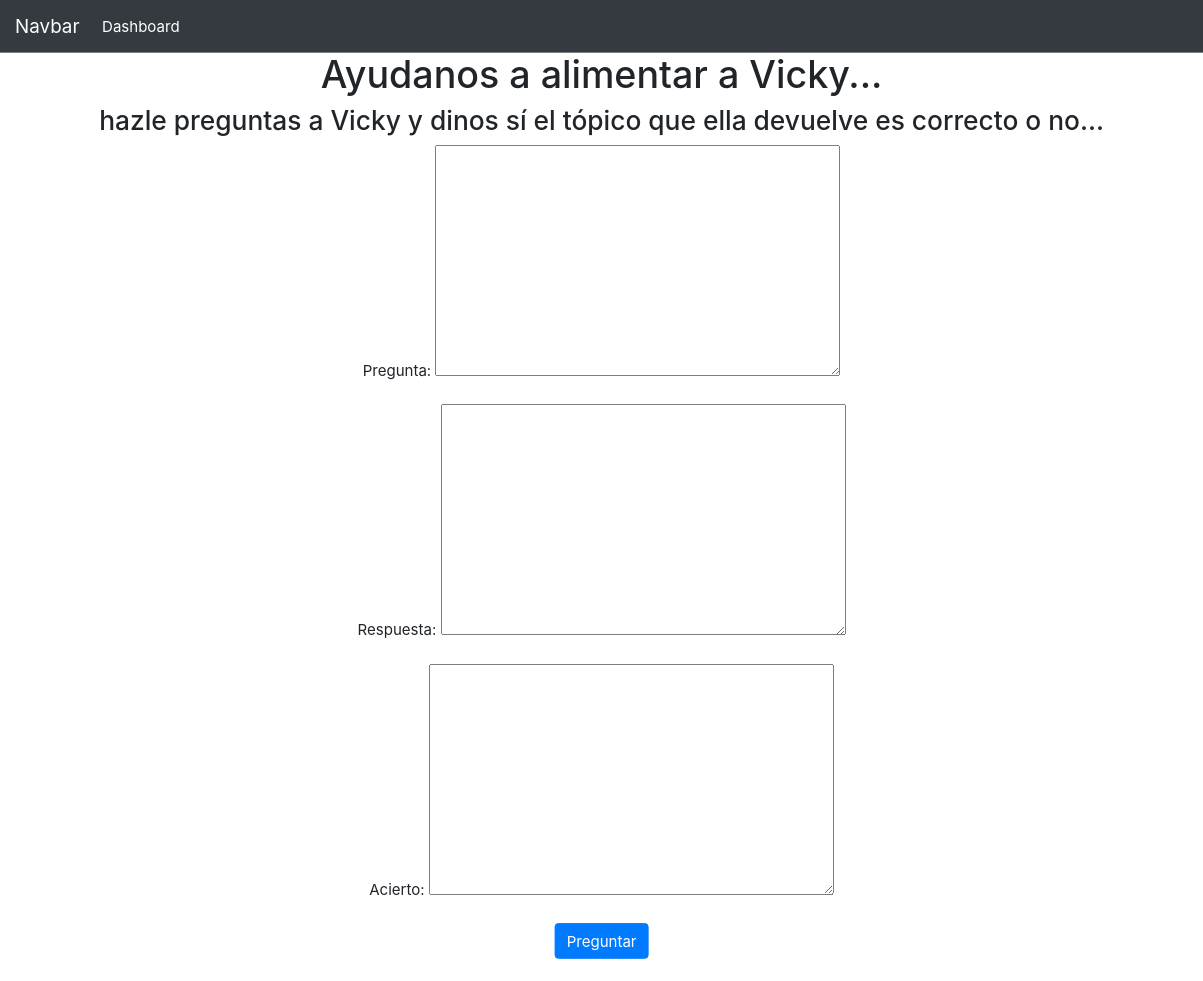
Repository: Crixtiancub/feedback_Vicky
Page: http://localhost/
An editor plug-in stored every save of this project. The page is shown before and after the next save, followed by the edit.
The browser window is 1280 px wide. The pictures show the whole page, at 94% of full size.
The page is served by the project's application, run on Django 3.2 (manage.py). Other server files are loaded and not shown.

Above is the page before, as saved 2021-05-10 15:48:14.

### vicky/templates/dashboard.html
{% extends 'main.html' %}

{% block content %}

<script text="javascript">

    // window.onbeforeunload = function(event) {
    //     event.preventDefault();
    //     return false;
    // }

	$(document).ready(function(){
		$("#preguntar").on( "click", function() {
			$('#target').show(); //muestro mediante id
		 });
		$("#responder_Si").on( "click", function() {
			$('#target').hide(); //oculto mediante id
		});
        $("#responder_No").on( "click", function() {
			$('#target').hide(); //oculto mediante id
		});
	});

</script>

<center>
    <h1>Ayudanos a alimentar a Vicky...</h1>

    <h3>hazle {{ num_visits }} {%if num_visits == 1%} pregunta{% else %}
        preguntas{% endif %}  a Vicky y dinos sí el tópico que ella
        devuelve es correcto o no...</h3>

    <form method="POST">
        {% csrf_token%}

        <div class="form-group">
            {{ form.as_p }}
        </div>

        <input type="submit" id="preguntar" class="btn btn-primary" value="Preguntar">
    </form>

    <br>

    <div id="target" style="display: none;">
        <form method="POST">
            {% csrf_token%}

            <h3>Su pregunta para Vicky fue...</h3>
            <input type="text" aling="center" class="col-sm-8" readonly name="retorno_Pregunta" value="{{ pregunta }}" >
            <br>
            <br>

            <h3>La respuesta Vicky es...</h3>
            <input type="text" aling="center" class="col-sm-8" readonly name="retorno_Respuesta" value="{{ respuesta }}">
            <br>

            <h3>Vicky contesto correctamente ?</h3>
            <br>

            <input type="submit" class="col-sm-2 btn btn-primary" id="responder_Si" value="Si" name="Si" >
            <input type="submit" class="col-sm-2 btn btn-warning" id="responder_No" value="No" name="No" >
        </form>
    </div>

</center>

{% endblock %}

### vicky/templates/main.html
<!DOCTYPE html>
 <!-- Latest compiled and minified CSS -->
 <link rel="stylesheet" href="https://maxcdn.bootstrapcdn.com/bootstrap/4.5.2/css/bootstrap.min.css">

 <!-- jQuery library -->
 <script src="https://ajax.googleapis.com/ajax/libs/jquery/3.5.1/jquery.min.js"></script>

 <!-- Popper JS -->
 <script src="https://cdnjs.cloudflare.com/ajax/libs/popper.js/1.16.0/umd/popper.min.js"></script>

 <!-- Latest compiled JavaScript -->
 <script src="https://maxcdn.bootstrapcdn.com/bootstrap/4.5.2/js/bootstrap.min.js"></script>

<html>
    <head>
        <title>
            Prueba1
        </title>
    </head>
    <body>
        {% include 'navbar.html' %}

        {% block content %}

        {% endblock %}
    </body>
</html>

### vicky/templates/navbar.html
 <nav class="navbar navbar-expand-lg navbar-dark bg-dark">
    <a class="navbar-brand" href="#">Navbar</a>
    <button class="navbar-toggler" type="button" data-toggle="collapse" data-target="#navbarSupportedContent" aria-controls="navbarSupportedContent" aria-expanded="false" aria-label="Toggle navigation">
      <span class="navbar-toggler-icon"></span>
    </button>

    <div class="collapse navbar-collapse" id="navbarSupportedContent">
      <ul class="navbar-nav mr-auto">
        <li class="nav-item active">
          <a class="nav-link" href="{% url 'home' %}" disabled="true">Dashboard</a>
        </li>
        <!-- <li class="nav-item dropdown">
          <a class="nav-link dropdown-toggle" href="#" id="navbarDropdown" role="button" data-toggle="dropdown" aria-haspopup="true" aria-expanded="false">
            Dropdown
          </a>
          <div class="dropdown-menu" aria-labelledby="navbarDropdown">
            <a class="dropdown-item" href="#">Action</a>
            <a class="dropdown-item" href="#">Another action</a>
            <div class="dropdown-divider"></div>
            <a class="dropdown-item" href="#">Something else here</a>
          </div>
        </li>
        <li class="nav-item">
          <a class="nav-link disabled" href="#">Disabled</a>
        </li>
      </ul>
      <form class="form-inline my-2 my-lg-0">
        <input class="form-control mr-sm-2" type="search" placeholder="Search" aria-label="Search">
        <button class="btn btn-outline-success my-2 my-sm-0" type="submit">Search</button>
      </form> -->
    </div>
  </nav>

### vicky/forms.py
from django.forms import ModelForm
from .models import *

class pregunta_Vicky_Form(ModelForm):

    class Meta:
        model = preguntas_Vicky
        fields = ('pregunta', 'respuesta', 'acierto')

### vicky/models.py
from django.db import models

# Create your models here.

class preguntas_Vicky(models.Model):
    pregunta = models.TextField(max_length=100)
    respuesta = models.TextField(max_length=200)
    acierto = models.TextField(max_length=10)

### vicky/views.py
from django.shortcuts import render, redirect
import os
from modelo_IA.archivos_Python.pipeline import Pipeline
from vicky import templates
from .models import *
from .forms import *
model = Pipeline()
# Create your views here.

def home(request):

    form = pregunta_Vicky_Form()

    context ={
        'form' : form,
    }

    return render(request, 'dashboard.html' , context)

    # num_visits = request.session.get('num_visits', 3)

    # if num_visits == 0:
    #     request.session['num_visits'] = 3

    #     pregunta = str(request.POST['pregunta_Vicky'])
    #     respuesta = model.run_model(pregunta)

    #     if 'Si' in request.POST:
    #         acierto = str(request.POST.get('Si'))
    #     else:
    #         acierto = str(request.POST.get('No'))

    #     envio_Pregunta = preguntas_Vicky(
    #         pregunta=pregunta,
    #         respuesta=respuesta,
    #         acierto= acierto
    #         )

    #     envio_Pregunta.save()

    #     return render(request, 'dashboard.html' , context)

    # if request.POST:
    #     request.session['num_visits'] = num_visits - 1

    #     pregunta = str(request.POST['pregunta_Vicky'])
    #     respuesta = model.run_model(pregunta)

    #     if 'Si' in request.POST:
    #         acierto = str(request.POST.get('Si'))
    #     else:
    #         acierto = str(request.POST.get('No'))

    #     envio_Pregunta = preguntas_Vicky(
    #         pregunta=pregunta,
    #         respuesta=respuesta,
    #         acierto= acierto
    #         )
    #     envio_Pregunta.save()

    #     context = {
    #         'num_visits': num_visits,
    #     }

    #     return render(request, 'dashboard.html' , context)
    # else:
    # contexto = {
    #     'num_visits': num_visits,
    # }

    # return render(request, 'dashboard.html', contexto)


def noVisitas(request):
    return render(request, 'noVisitas.html')

def respuesta_Vicky(request):
    pregunta = str(request.POST['pregunta_Vicky'])
    respuesta = model.run_model(pregunta)
    context = {
        "pregunta":pregunta,
        "respuesta":respuesta
    }
    return render(request, 'respuesta_Vicky.html', context)

### prueba_Vicky/urls.py
"""prueba_Vicky URL Configuration

The `urlpatterns` list routes URLs to views. For more information please see:
    https://docs.djangoproject.com/en/3.2/topics/http/urls/
Examples:
Function views
    1. Add an import:  from my_app import views
    2. Add a URL to urlpatterns:  path('', views.home, name='home')
Class-based views
    1. Add an import:  from other_app.views import Home
    2. Add a URL to urlpatterns:  path('', Home.as_view(), name='home')
Including another URLconf
    1. Import the include() function: from django.urls import include, path
    2. Add a URL to urlpatterns:  path('blog/', include('blog.urls'))
"""
from django.contrib import admin
from django.urls import path, include

urlpatterns = [
    path('admin/', admin.site.urls),
    path('', include('vicky.urls'))
]

### vicky/urls.py
from django.urls import path
from . import views


# Direccionamiento de las paginas
urlpatterns = [
    path(r'', views.home, name='home'),
    path(r'noVisitas/', views.noVisitas, name="noVisitas"),
    path(r'respuesta_Vicky/', views.respuesta_Vicky, name='respuesta_Vicky')
]

After the next save:
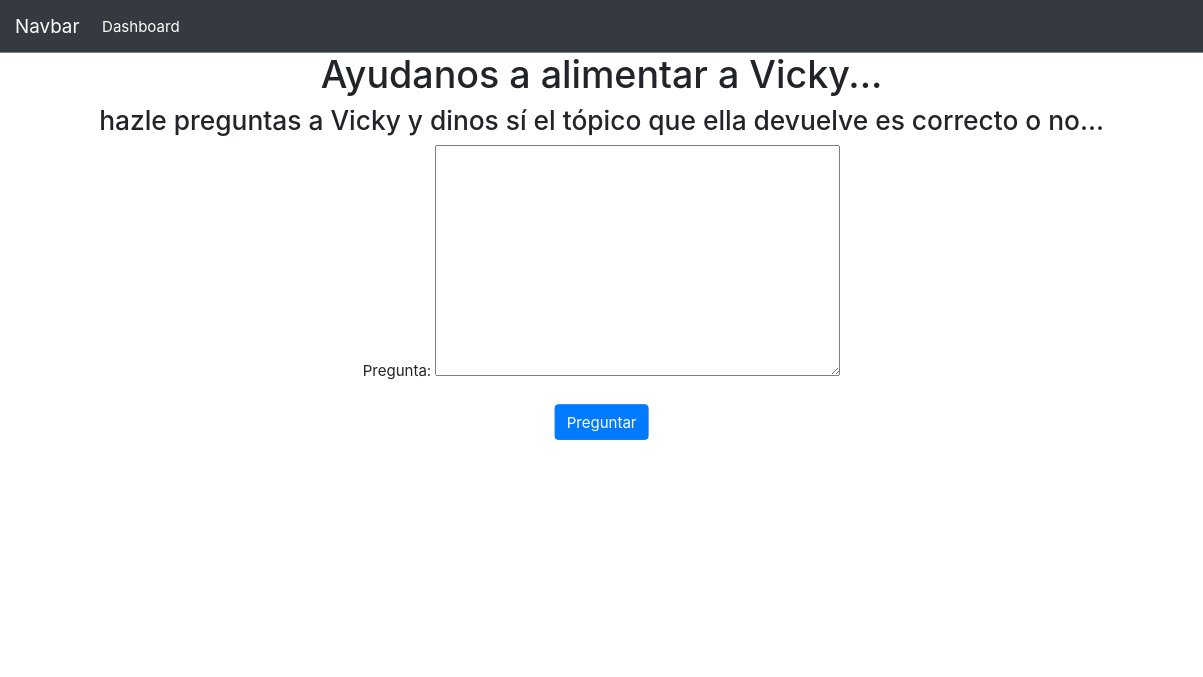
Saved 38 s later.
--- a/vicky/forms.py
+++ b/vicky/forms.py
@@ -5,4 +5,4 @@ class pregunta_Vicky_Form(ModelForm):
 
     class Meta:
         model = preguntas_Vicky
-        fields = ('pregunta', 'respuesta', 'acierto')
+        fields = ('pregunta',)
